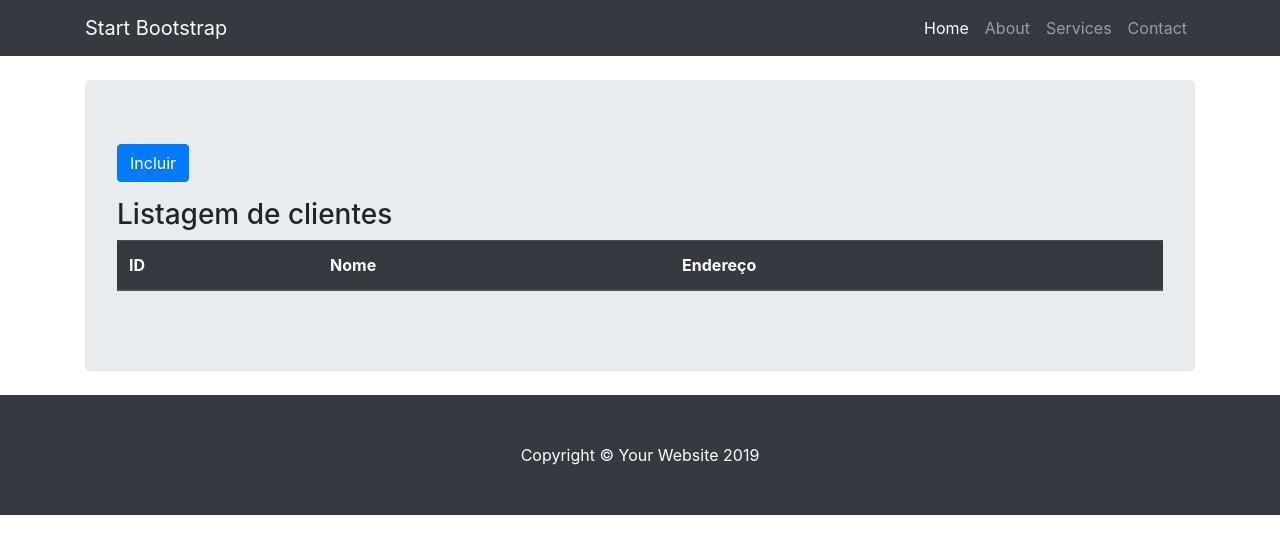
Repository: carlosmondo/dacsphp2020
Page: http://localhost/projeto/site/index.php
The author's editor kept a record of every edit. The page is drawn from the files as they stood at one moment, then again after the next edit.
The browser window is 1280 px wide. The pictures show the whole page.
The page is run by PHP 8.4 with error messages shown; the project is at /var/www/html/. Queries for data that is not in the repository find no rows.

Above is the page before.

After the next edit:
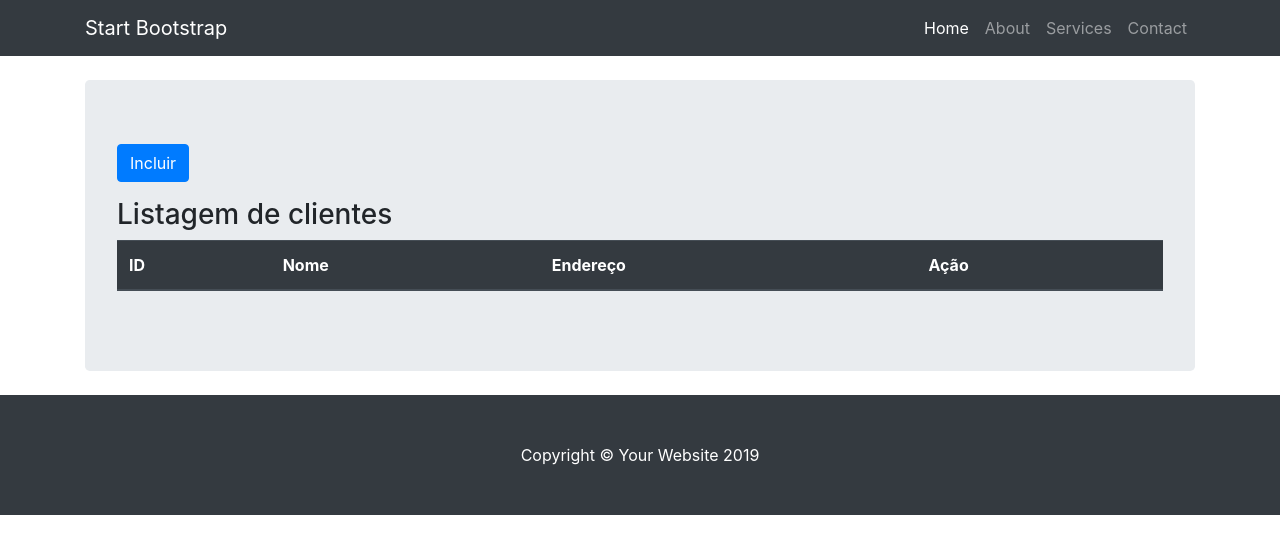
The edit:
--- a/projeto/site/index.php
+++ b/projeto/site/index.php
@@ -67,6 +67,7 @@
               <th scope="col">ID</th>
               <th scope="col">Nome</th>
               <th scope="col">Endereço</th>
+              <th scope="col">Ação</th>
             </tr>
           </thead>
           <tbody>
